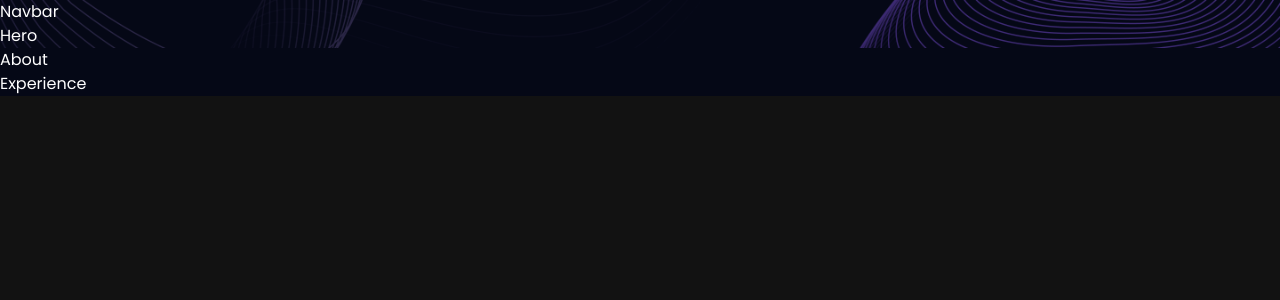
Repository: 61ZM07H36R3ML1N/3D_Portfolio
Page: /
The author's editor kept a copy of each file at every save. The page is drawn from the files as they stood at one save, then again after the next save.
The browser window is 1280 px wide. The pictures show the whole page.
The project was rebuilt for these pictures with package versions that can differ from the ones it lists, and the page was loaded fresh each time. Also part of the build but not shown: vite.config.js, src/components/canvas/Earth.jsx, src/components/canvas/Ball.jsx, src/components/canvas/Computers.jsx, src/components/canvas/Stars.jsx, src/components/Feedbacks.jsx, src/components/Contact.jsx.

Above is the page before, as saved 2023-04-11 11:17:33.

### src/App.jsx
import { BrowserRouter } from 'react-router-dom';

import { About, Contact, Experience, Feedbacks, Hero, Navbar, Tech, Works, StarsCanvas } from './components';


const App = () => {
  return (
    <BrowserRouter>
    <div className='relative z-0 bg-primary'>
      <div className='bg-hero-pattern bg-cover bg-no-repeat bg-center'>
        <Navbar />
        <Hero />
      </div>
      <About />
      <Experience />
    </div>
    </BrowserRouter>
  )
}

export default App

Loaded but not shown: index.html (common file); src/main.jsx (common file); src/index.css (common file); src/components/index.js (common file); src/components/canvas/index.js (common file); src/components/Hero.jsx (common file); src/components/Navbar.jsx (common file); src/components/About.jsx (common file); src/components/Experience.jsx (common file); tailwind.config.js (common file); src/components/Tech.jsx (common file); src/components/Works.jsx (common file)

After the next save:
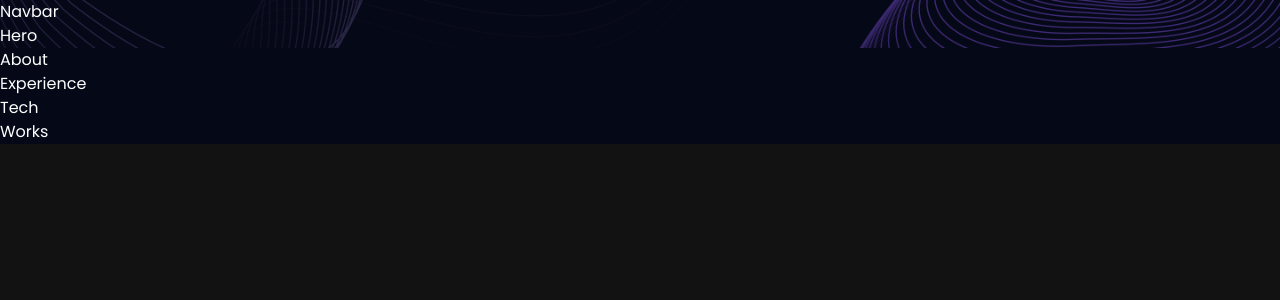
Saved 36 s later.
--- a/src/App.jsx
+++ b/src/App.jsx
@@ -13,6 +13,8 @@ const App = () => {
       </div>
       <About />
       <Experience />
+      <Tech />
+      <Works />
     </div>
     </BrowserRouter>
   )
